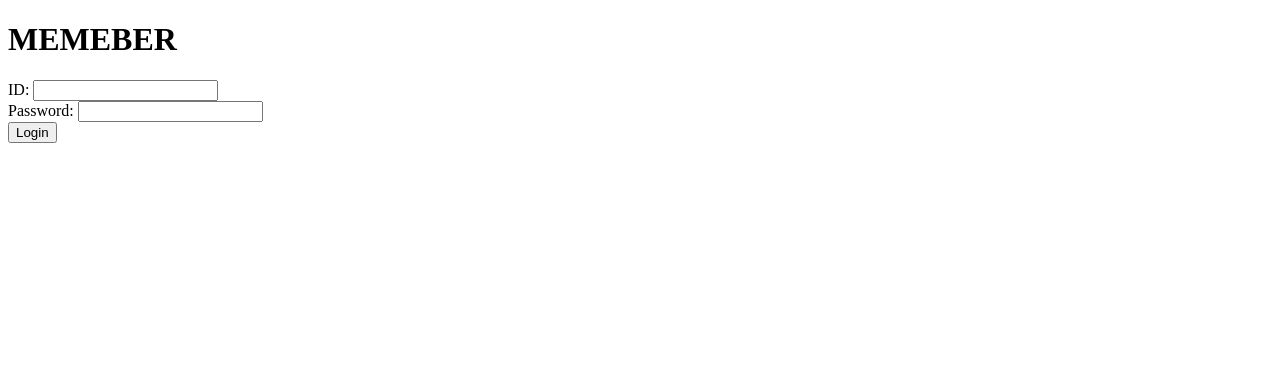
Repository: i-kemen/jsp
Page: http://localhost/WebTest/memeber.jsp
The author's editor kept a copy of each file at every save. The page is drawn from the files as they stood at one save, then again after the next save.
The browser window is 1280 px wide. The pictures show the whole page.
The page is served by Tomcat 10.

Above is the page before, as saved 2023-06-22 05:16:47.

After the next save:
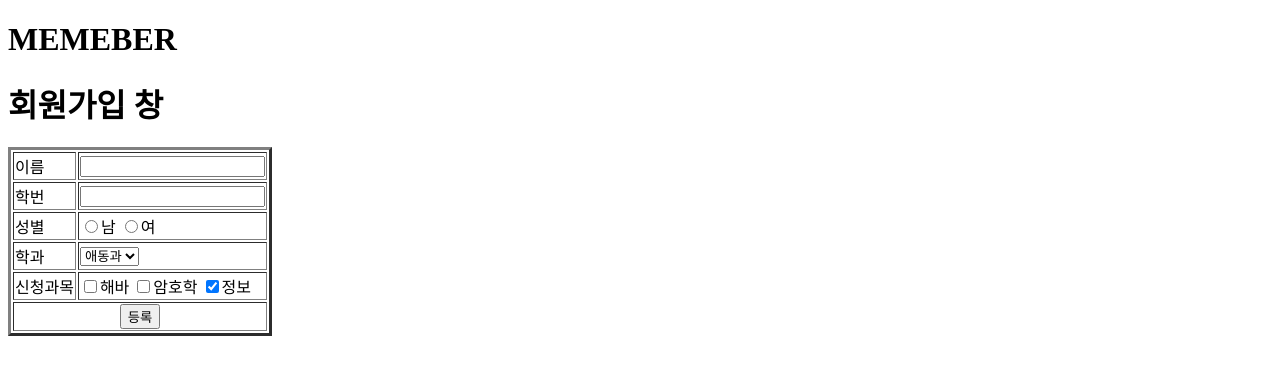
Saved 73 s later.
--- a/WebTest/src/main/webapp/memeber.jsp
+++ b/WebTest/src/main/webapp/memeber.jsp
@@ -9,11 +9,58 @@
 <body>
     <h1>MEMEBER</h1>
     <form method="post" action="memberProc.jsp">
-        <label for="id">ID:</label>
-        <input type="text" id="id" name="id" required><br/>
-        <label for="passwd">Password:</label>
-        <input type="password" id="passwd" name="passwd" required><br/>
-        <input type="submit" value="Login">
+<h1> 회원가입 창</h1>
+    <form action="memberProc.jsp" methos="GET">
+    <table border="3">
+    <tr>
+    <td> 이름</td>
+    <td><input type ="text" name="name"> </td>
+    </tr>
+
+   <tr>
+   <td>학번 </td>
+   <td><input type ="text" name="sid"> </td>
+   </tr>
+
+    <tr>
+
+   <td>성별</td>
+    <td> <input type ="radio" name="sex" value="man">남
+    <input type ="radio" name="sex" value="woman">여 </td>
+
+    </tr>
+
+    <tr>
+
+   <td>학과</td>
+
+     <td> <select name="hak"><option value="애동과"  > 애동과</option>
+     <option value="컴공과"> 컴공과 </option>
+     <option value="보안과" seleted > 보안과 </option> </select>
+     </td>
+
+     </tr>
+
+     <tr>
+
+
+
+   <td>신청과목</td>
+
+   <td><input type ="checkbox" name="class" value="해바">해바
+   <input type ="checkbox" name="class" value="암호학">암호학
+   <input type ="checkbox" name="class" value="정보보안" checked>정보
+   </td>
+
+    </tr>
+
+    <tr>
+
+    <td colspan ="2"> <center><input type="submit" value="등록"> </center>  </td>
+    </tr>
+
+    </table>
+    </form>
     </form>
 </body>
 </html>
